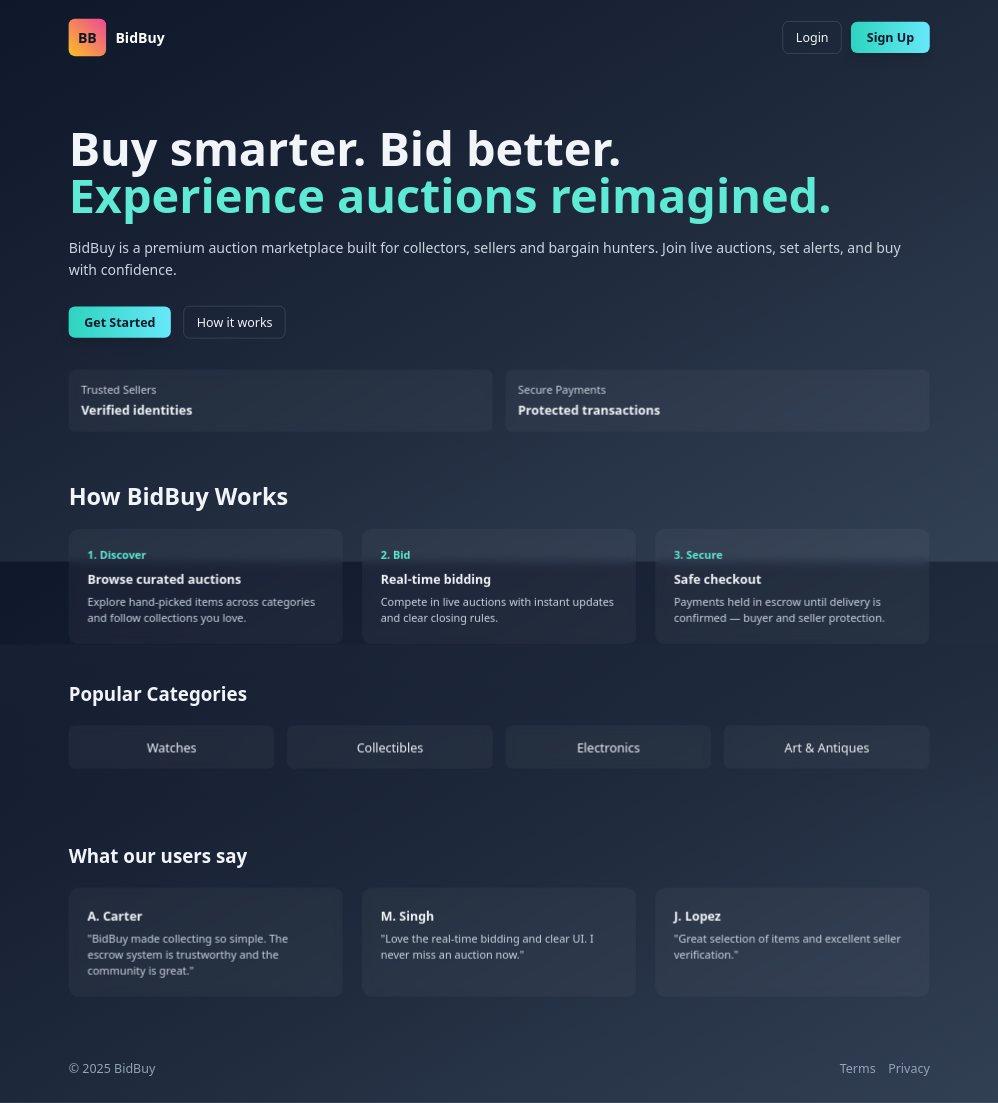
Repository: ChakraVaishnav/Online-Auction-System
Page: / (app in online-auction-system-frontend/)
The author's editor kept a copy of each file at every save. The page is drawn from the files as they stood at one save, then again after the next save.
The browser window is 1280 px wide. The pictures show the whole page, at 78% of full size.
The project was rebuilt for these pictures with package versions that can differ from the ones it lists, and the page was loaded fresh each time. Also part of the build but not shown: online-auction-system-frontend/vite.config.js, online-auction-system-frontend/src/pages/Login.jsx, online-auction-system-frontend/src/pages/Signup.jsx, online-auction-system-frontend/src/App.css.

Above is the page before, as saved 2025-11-23 17:57:06.

After the next save:
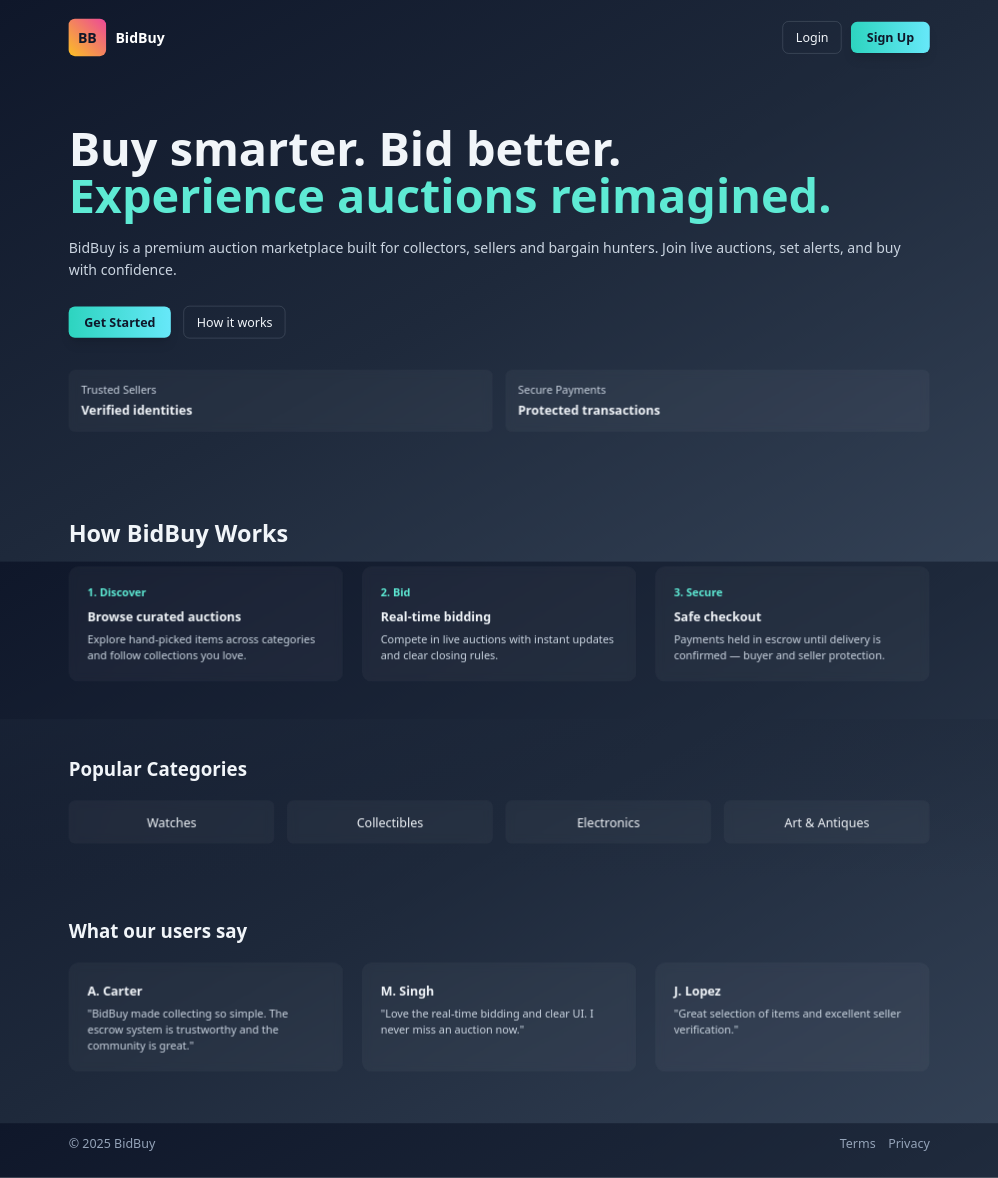
Saved 8 s later.
--- a/online-auction-system-frontend/src/pages/Landing.jsx
+++ b/online-auction-system-frontend/src/pages/Landing.jsx
@@ -43,7 +43,7 @@ export default function Landing() {
         </div>
       </header>
 
-      <section id="how" className="py-22">
+      <section id="how" className="py-12">
         <div className="container-wide">
           <h3 className="text-3xl font-bold mb-6">How BidBuy Works</h3>
           <div className="grid grid-cols-1 md:grid-cols-3 gap-6">
